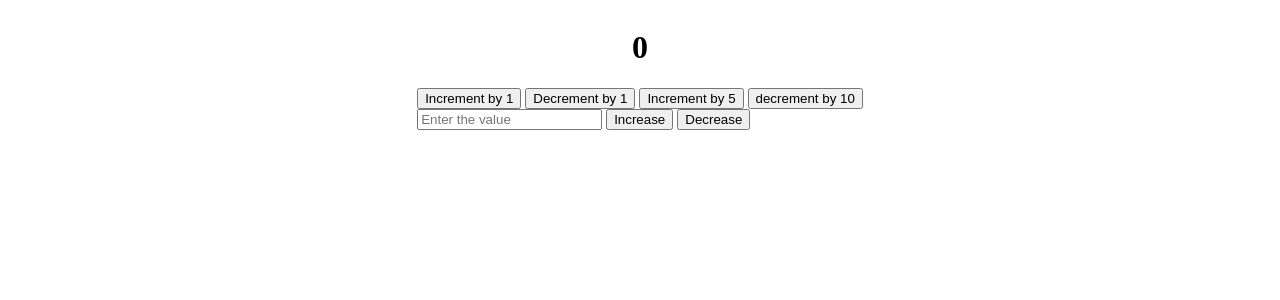
Repository: drumsmanku/micro-project-2
Page: index.html
The author's editor kept a copy of each file at every save. The page is drawn from the files as they stood at one save, then again after the next save.
The browser window is 1280 px wide. The pictures show the whole page.

Above is the page before, as saved 2023-04-07 19:27:06.

### index.html
<!DOCTYPE html>
<html lang="en">
<head>
  <meta charset="UTF-8">
  <meta http-equiv="X-UA-Compatible" content="IE=edge">
  <meta name="viewport" content="width=device-width, initial-scale=1.0">
  <link rel="stylesheet" href="style.css">
  <title>micro Project 2</title>
</head>
<body>
  <div class="my-elements">
    <h1 id="h1-tag">0</h1>
    <div class="second-part">
      <div class="second-first-part">
        <button id="clicked-1">Increment by 1</button>
        <button id="clicked-2">Decrement by 1</button>
        <button id="clicked-3">Increment by 5</button>
        <button id="clicked-4">decrement by 10</button>
      </div>
      <div class="second-second-part">
        <input type="number" name="num" id="num" placeholder="Enter the value">
        <button id="inc-dec-1">Increase</button>
        <button id="inc-dec-2">Decrease</button>
      </div>

    </div>
  </div>
</body>
</html>

### style.css
.my-elements{
  display: flex;
  justify-content: center;
  align-items: center;
  flex-direction: column;
}

.second-part{
  display: flex;
  flex-direction: column;
  flex-wrap: wrap;
}

After the next save:
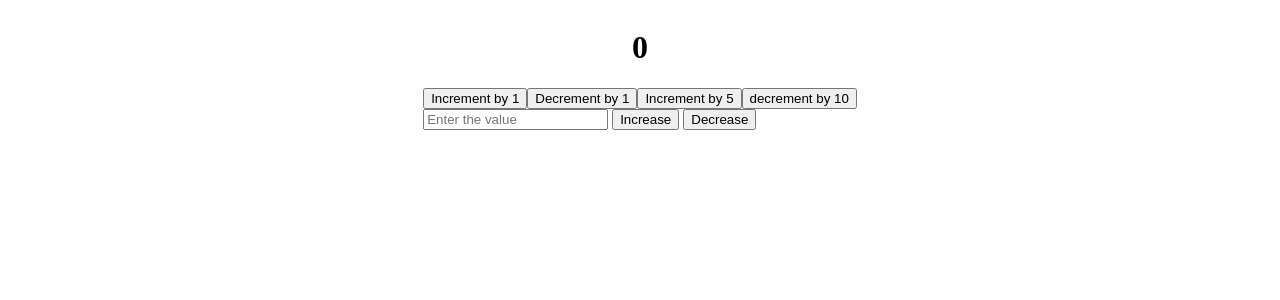
Saved 26 s later.
--- a/style.css
+++ b/style.css
@@ -10,3 +10,7 @@
   flex-direction: column;
   flex-wrap: wrap;
 }
+
+.second-first-part{
+  display: flex;
+}
